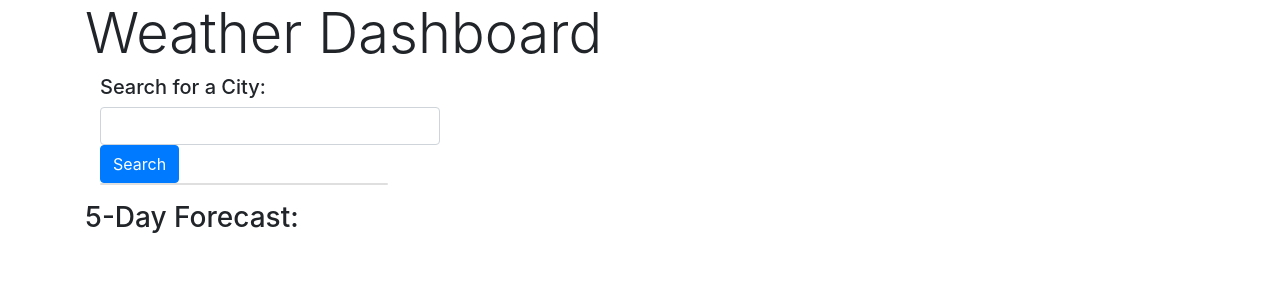
Repository: LaBrewT2/weather-dashboard
Page: index.html
These files come from the project's save history. The page is drawn as it stood at one moment and after the next save; the edit follows.
The browser window is 1280 px wide. The pictures show the whole page.
Some web libraries are served in a nearby version.

Above is the page before, as saved 2021-01-02 12:23:58.

### index.html
<!DOCTYPE html>
<html lang="en">

<head>
  <meta charset="UTF-8">
  <meta name="viewport" content="width=device-width, initial-scale=1.0">
  <title>Weather Dashboard</title>

<!-- JQuery library -->
<script src="https://cdnjs.cloudflare.com/ajax/libs/jquery/3.2.1/jquery.min.js"></script>
<script src="https://cdnjs.cloudflare.com/ajax/libs/moment.js/2.24.0/moment.min.js"></script>
<!-- Bootstrap CSS-->
<link rel="stylesheet" href="https://maxcdn.bootstrapcdn.com/bootstrap/4.0.0/css/bootstrap.min.css">
</head>

<body>
<!--Page Header -->
<div class="jumbotron-fluid">
  <div class="container">
    <h1 class="display-4">Weather Dashboard </h1>
  </div>
</div>

<!-- Page main container with rows -->
<section>
<div id ="maincontainer" class="container">
  <div class="col-4" id = "searchBlock">

    <form id="search">
    <h5>Search for a City:</h5>
    <span id="error"></span>
    <input type="text" class="form-control" id="city" aria-describedby="basic-addon3">
    <input class="btn btn-primary" id="search" type="submit" value="Search">

    <div id="list-group" class="card" style="width: 18rem;"></div>

    </form>

  </div>

  <div>

      <div id="search-results">
        <h5 id="city-name"class="city-name" ></h5>
        <p id="temperature"></p>
        <p id="humidity"></p>
        <p id="wind-speed"></p>
      </div>

      <div id="forecast">
        <h3>5-Day Forecast:</h3>
        <div class="row">
          <section class="col daily" id="day1"></section>
          <section class="col daily" id="day2"></section>
          <section class="col daily" id="day3"></section>
          <section class="col daily" id="day4"></section>
          <section class="col daily" id="day5"></section>
        </div>
      </div>

      </div>
      </div>
    </section>
</body>
<script src= /script.js></script>
</html>

### script.js
$(document).ready(function(){

    $('#search').click(function(){

      var city = $("#city").val();

      if(city != ''){

        $.ajax({
              //API Call
              url: 'https://api.openweathermap.org/data/2.5/weather?q=' + city + "&units=imperial" + "&APPID=667a7ad2f064b0cc35a232f16bab9c8d",
              type: "GET",
              dataType: "jsonp",
              success: function(data){
                console.log(data);

                var widget  = show(data);

                $("#show").html(widget);
                $("#city").val('');
              }

        })

      }else{
        $("#error").html('Field cannot be empty')
      }

    });
});
//API Data
function show(data){
  return "<h3><strong>Weather</strong>: "+ data.weather[0].main + "</h3>" +
  "<h3><strong>Weather</strong>: "+ data.weather[0].description + "</h3>" +
  "<h3><strong>Temperature</strong>: "+ data.main.temp + "</h3>" +
  "<h3><strong>Pressure</strong>: "+ data.main.pressure + "</h3>" +
  "<h3><strong>Humidity</strong>: "+ data.main.humidity + "</h3>" +
  "<h3><strong>Min. Temperature</strong>: "+ data.main.temp_min + "</h3>" +
  "<h3><strong>Max. Temperature</strong>: "+ data.main.temp_max + "</h3>" +
  "<h3><strong>Wind Speed</strong>: "+ data.wind.speed + "</h3>" +
  "<h3><strong>Wind Direction</strong>: "+ data.wind.direction + "</h3>"  ;

}

After the next save:
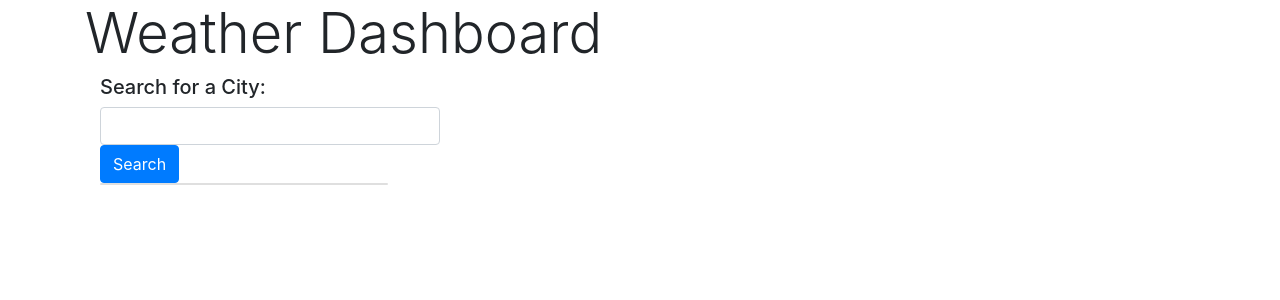
Saved 46 s later.
--- a/index.html
+++ b/index.html
@@ -38,29 +38,7 @@
 
   </div>
 
-  <div>
 
-      <div id="search-results">
-        <h5 id="city-name"class="city-name" ></h5>
-        <p id="temperature"></p>
-        <p id="humidity"></p>
-        <p id="wind-speed"></p>
-      </div>
-
-      <div id="forecast">
-        <h3>5-Day Forecast:</h3>
-        <div class="row">
-          <section class="col daily" id="day1"></section>
-          <section class="col daily" id="day2"></section>
-          <section class="col daily" id="day3"></section>
-          <section class="col daily" id="day4"></section>
-          <section class="col daily" id="day5"></section>
-        </div>
-      </div>
-
-      </div>
-      </div>
-    </section>
 </body>
 <script src= /script.js></script>
 </html>
